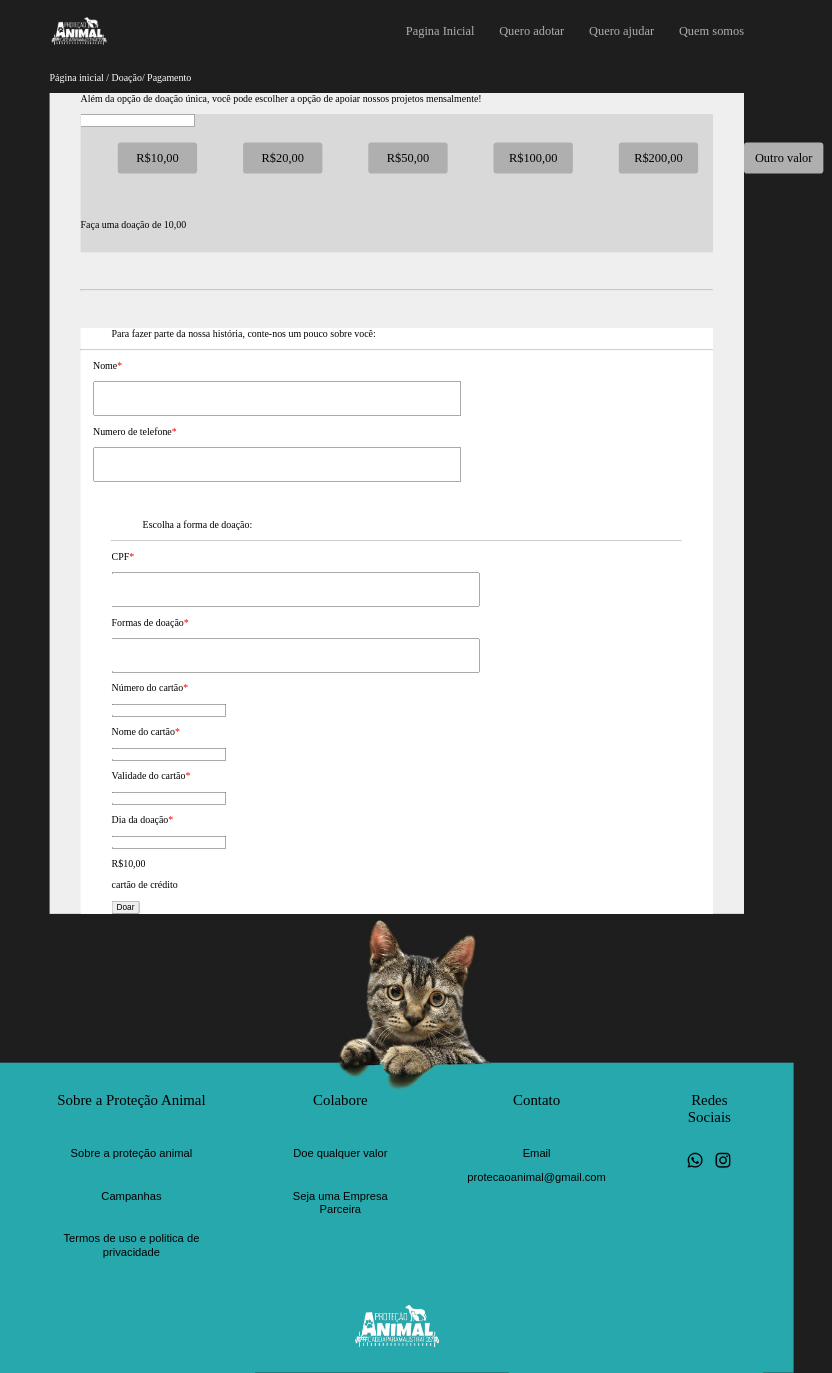
Repository: edjunior-nascimento/protecao-animal-web
Page: src/pages/formulario-doacao/index.html
These files come from the project's save history. The page is drawn as it stood at one moment and after a run of saves; the edit follows.
The browser window is 1280 px wide. The page is 1342 px wide, so the pictures cover 1342 px, including what lies to the right of the window. The pictures show the whole page, at 62% of full size.

Above is the page before, as saved 2025-03-07 03:38:01.

After the next 2 saves:
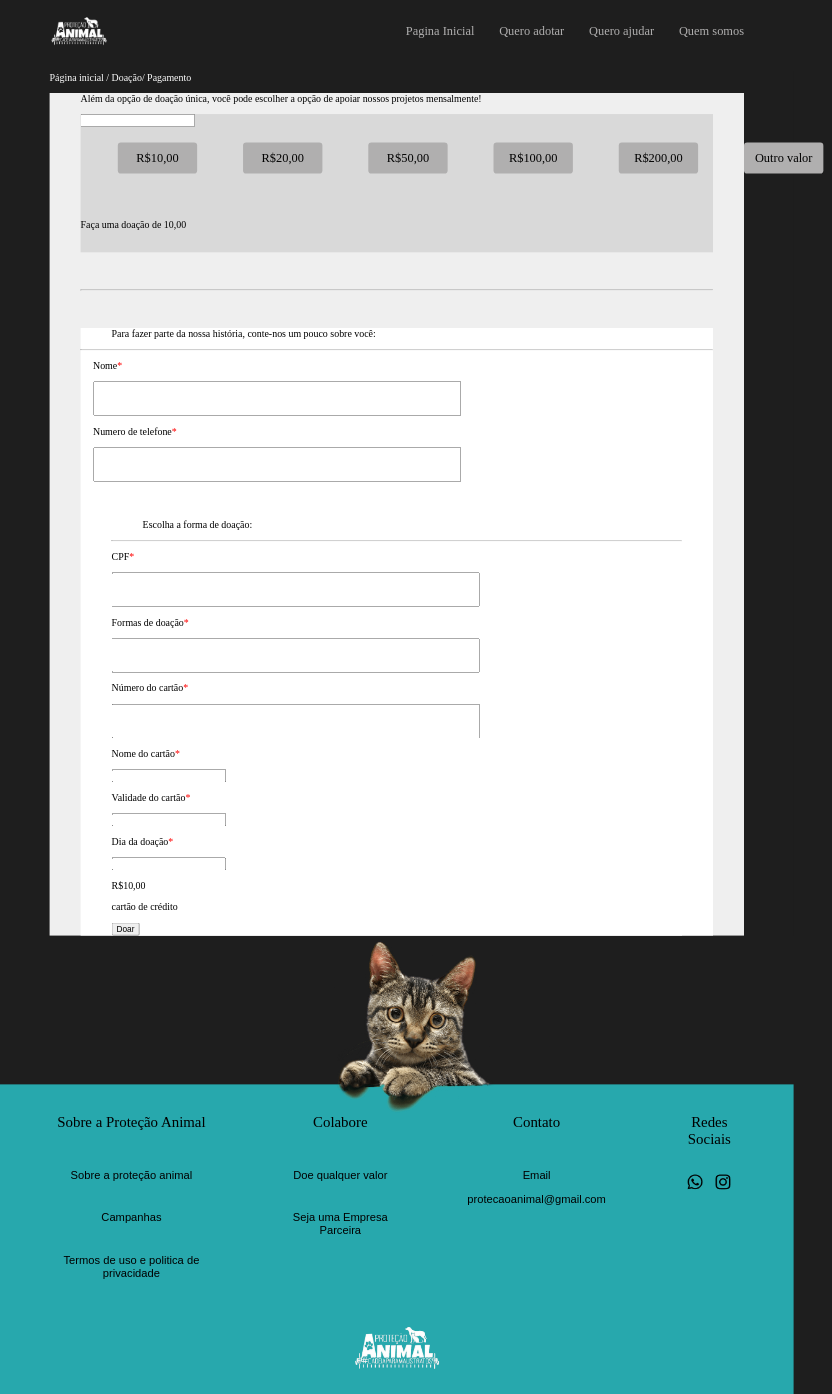
The 2 saves are shown as one change because they came seconds apart.
The last was saved 8 s later.
--- a/src/pages/formulario-doacao/index.html
+++ b/src/pages/formulario-doacao/index.html
@@ -108,11 +108,11 @@
                         </label>
                         <label>
                             <p>Formas de doação<span class="ast">*</span></p>
-                            <input type="text" name="forme-doacao" id="forme-doacao"class="cadastro"></p>
+                            <input type="text" name="forme-doacao" id="forme-doacao" class="cadastro"></p>
                         </label>
                         <label>
                             <p>Número do cartão<span class="ast">*</span></p>
-                            <input type="number" name="cartao" id="cartao">
+                            <input type="number" name="cartao" id="cartao" class="cadastro">
                         </label>
                         <label>
                             <p>Nome do cartão<span class="ast">*</span></p>
